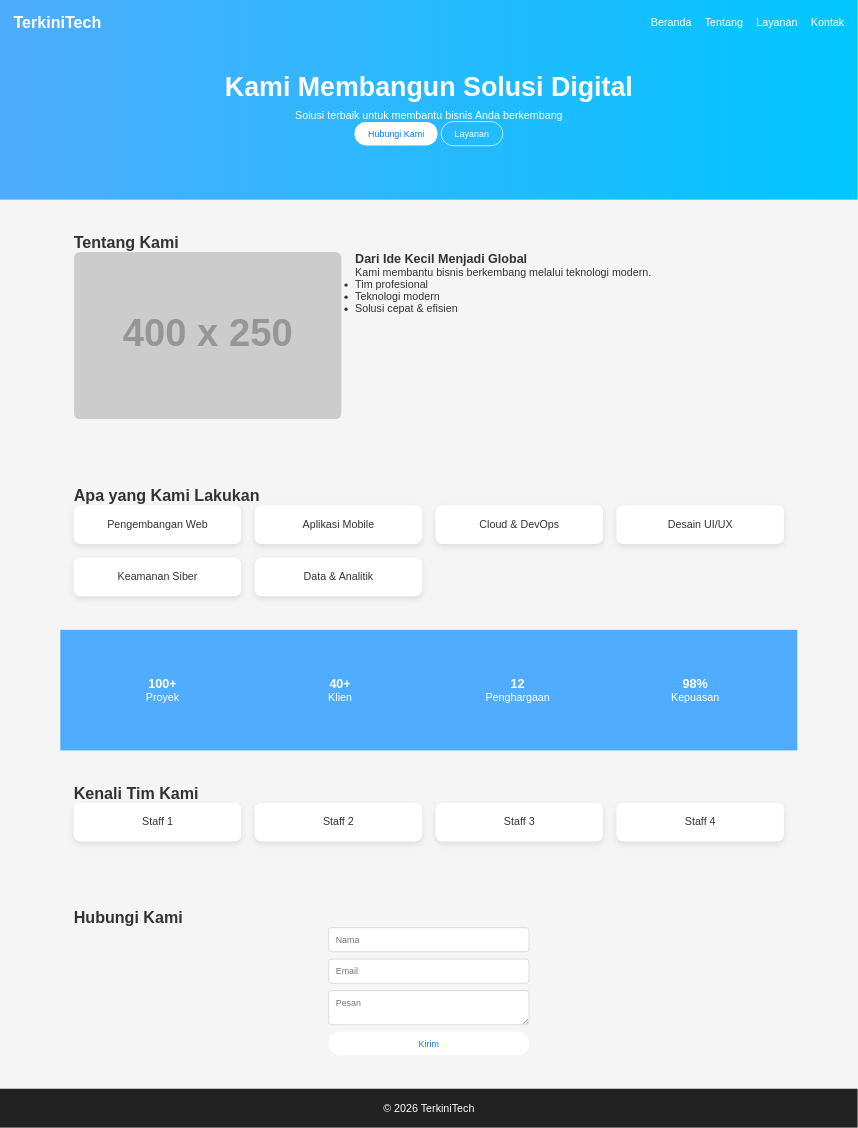
Repository: rufi1126/241552010002-Web-Application-Development
Page: uts/index.html
The author's editor kept a copy of each file at every save. The page is drawn from the files as they stood at one save, then again after the next save.
The browser window is 1280 px wide. The pictures show the whole page, at 67% of full size.

Above is the page before, as saved 2026-05-08 01:42:01.

After the next save:
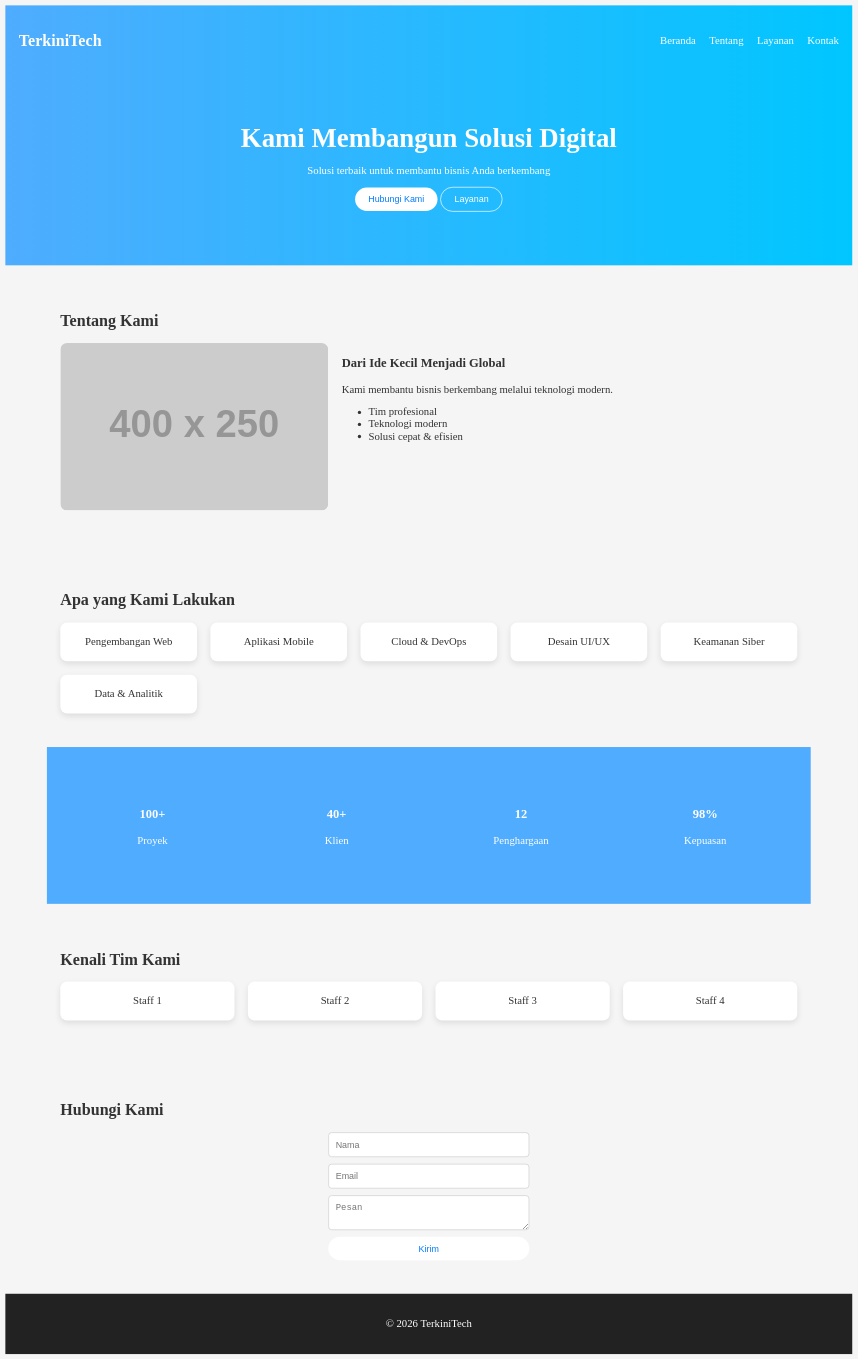
Saved 5 s later.
--- a/uts/style.css
+++ b/uts/style.css
@@ -1,4 +1,4 @@
-*{margin:0;padding:0;box-sizing:border-box;font-family:Arial}
+{margin:0;padding:0;box-sizing:border-box;font-family:Arial}
 body{background:#f5f5f5;color:#333}
 
 .hero{background:linear-gradient(to right,#4facfe,#00c6ff);color:white;padding:20px}

After the 3 saves that followed:
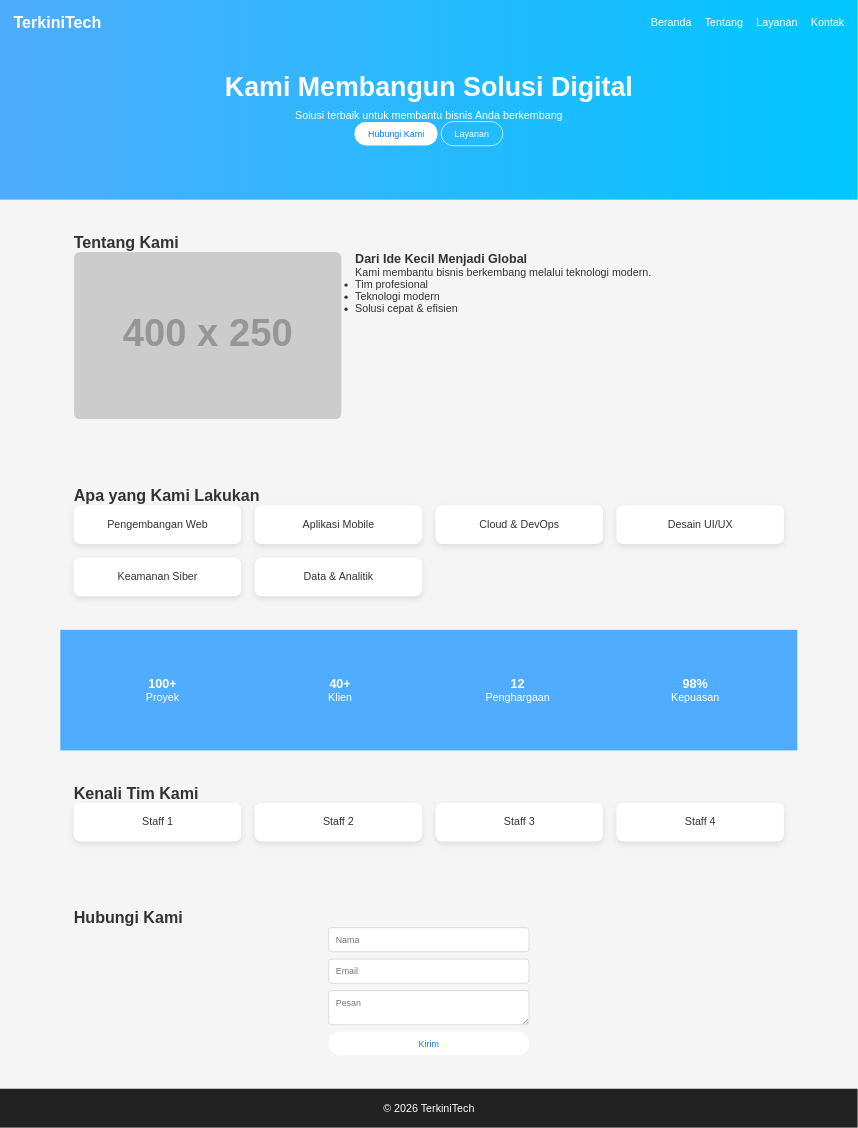
The 3 saves are shown as one change because they came seconds apart.
The last was saved 10 s later.
--- a/uts/style.css
+++ b/uts/style.css
@@ -1,4 +1,6 @@
-{margin:0;padding:0;box-sizing:border-box;font-family:Arial}
+*
+{margin:0;
+    padding:0;box-sizing:border-box;font-family:Arial}
 body{background:#f5f5f5;color:#333}
 
 .hero{background:linear-gradient(to right,#4facfe,#00c6ff);color:white;padding:20px}
